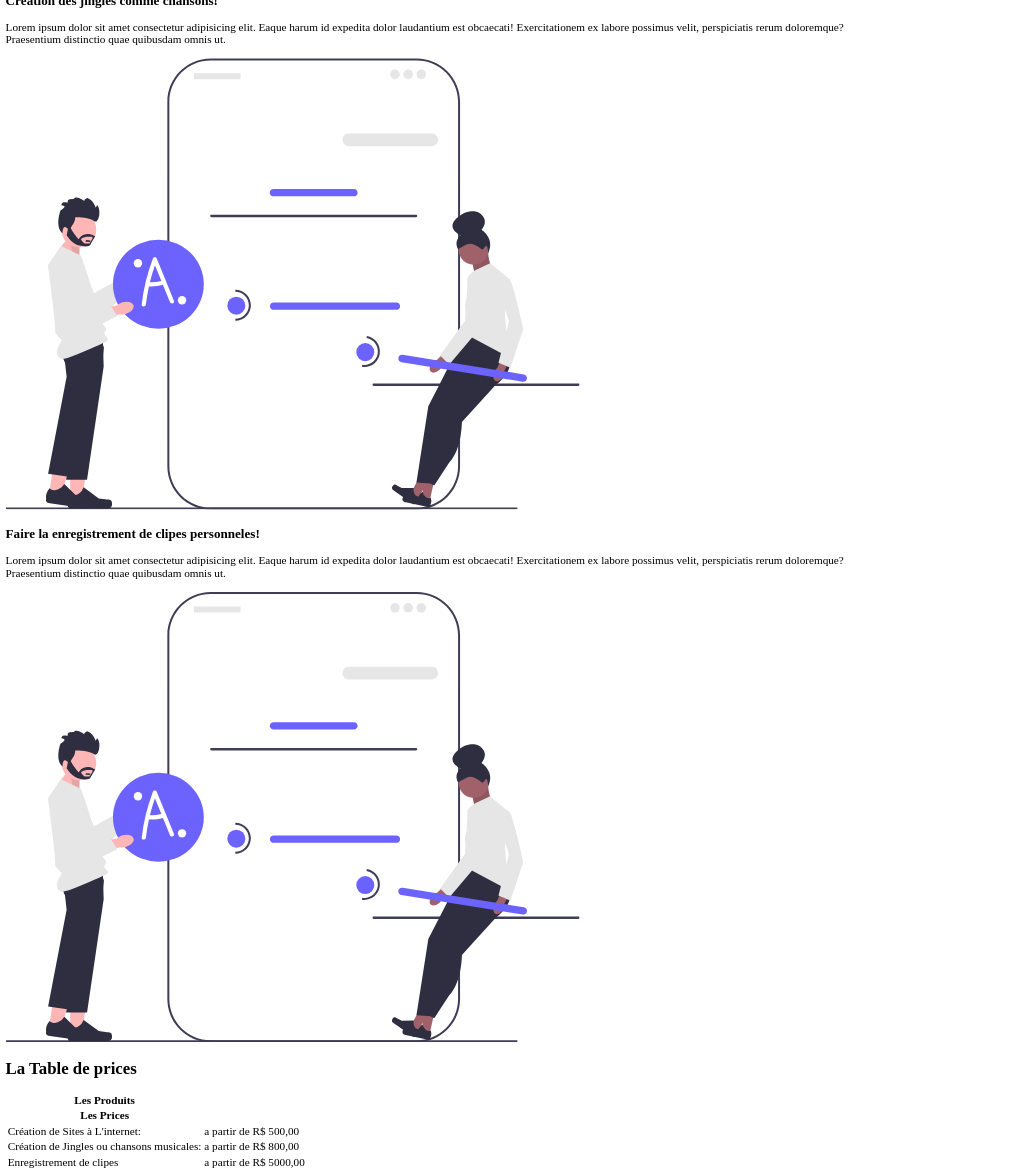
Repository: MarcioFreitasUFSC21/Proejct00
Page: ExampleSite/Assets/index2.html
An editor plug-in stored every save of this project. The page is shown before and after a run of saves, followed by the edit.
The browser window is 1280 px wide. The page is 1464 px wide, so the pictures cover 1464 px, including what lies to the right of the window. The pictures show the part of the page from y = 1920 to 3600 px (the page is 3600 px tall before and 3578 px after), at 70% of full size.

Above is the page before, as saved 2023-03-18 18:02:26.

After the next 5 saves:
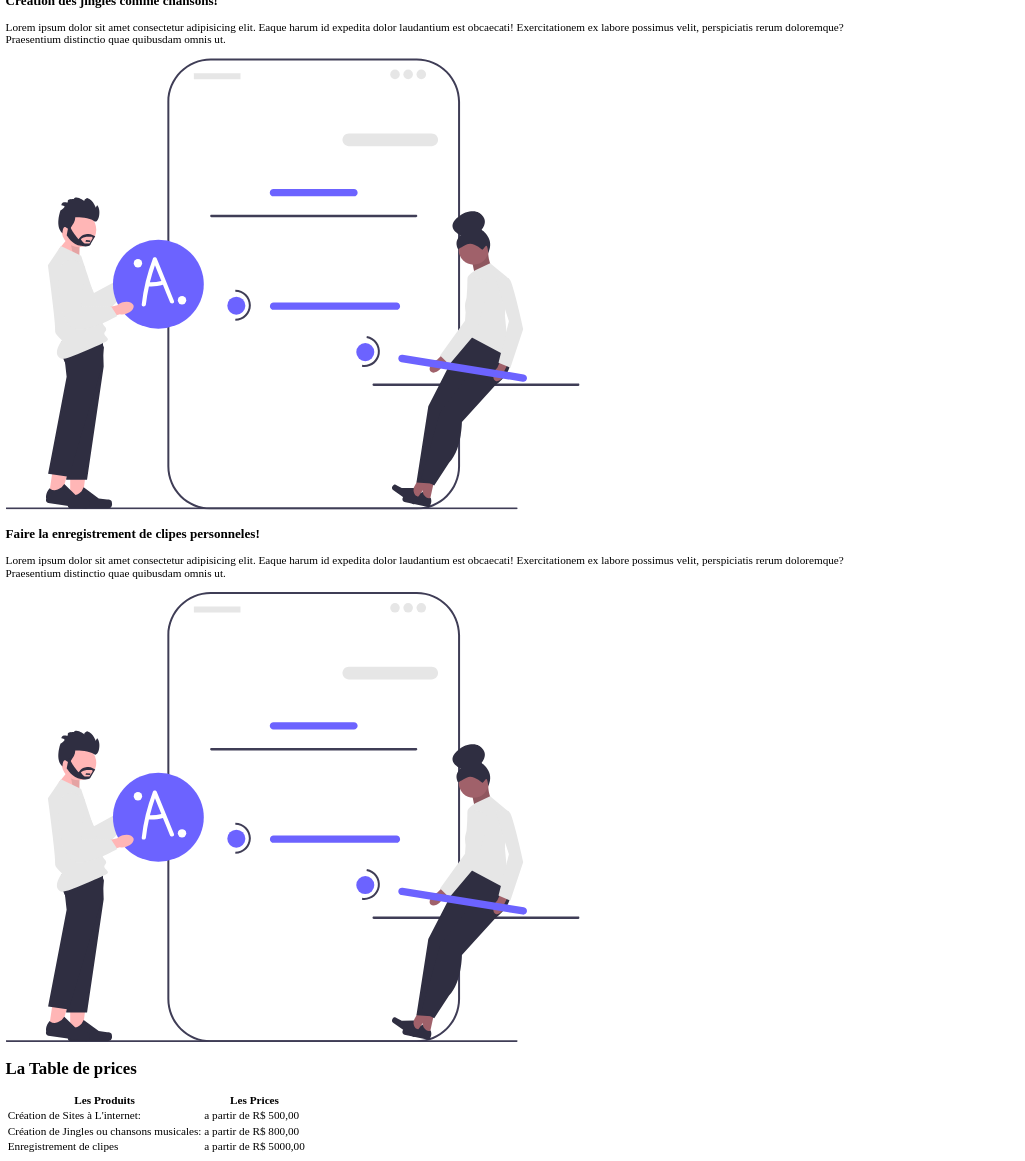
The 5 saves are shown as one change because they came seconds apart.
The last was saved 27 s later.
--- a/ExampleSite/Assets/index2.html
+++ b/ExampleSite/Assets/index2.html
@@ -66,11 +66,9 @@
                 <thead>
                     <tr>
                         <th> Les Produits</th>
+                        <th> Les Prices</th>
                     </tr>
 
-                </thead>
-                <thead>
-                    <th> Les Prices</th>
                 </thead>
                 <tbody>
                     <tr>
